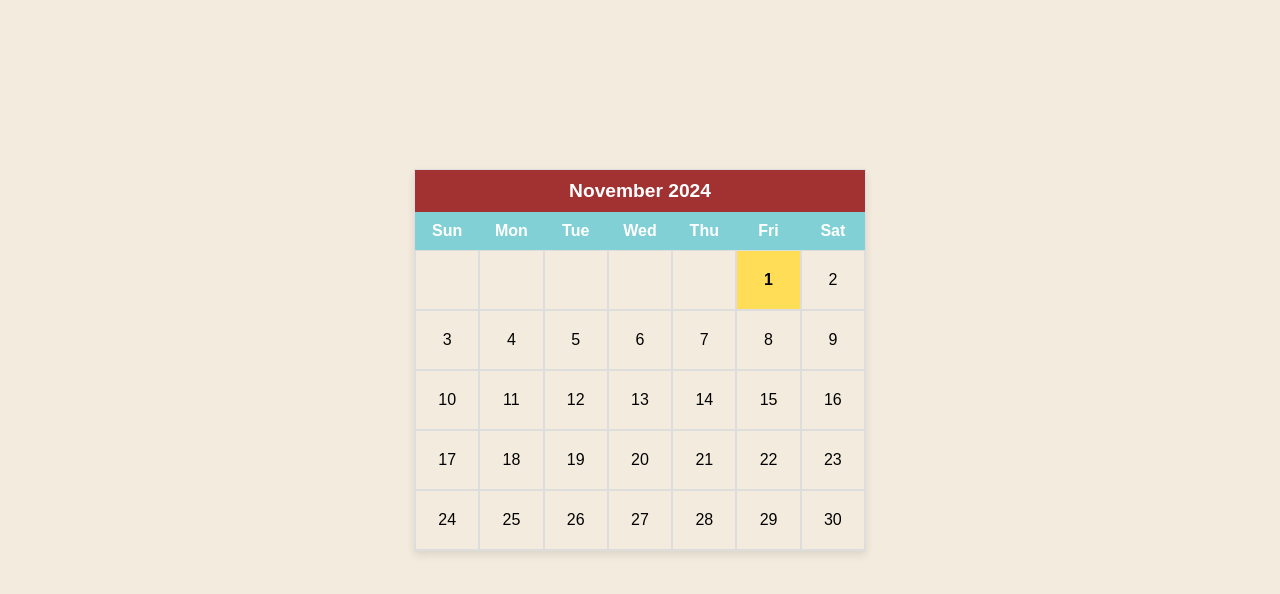
Repository: carrascokarencb37-afk/Nuura
Page: html/calendario.html
An editor plug-in stored every save of this project. The page is shown before and after a run of saves, followed by the edit.
The browser window is 1280 px wide. The pictures show the whole page.

Above is the page before, as saved 2026-05-28 23:31:19.

### html/calendario.html
<!DOCTYPE html>
<html lang="en">
<head>
    <meta charset="UTF-8">
    <meta name="viewport" content="width=device-width, initial-scale=1.0">
    <title>Simple HTML Calendar - November 2024</title>
    <link rel="stylesheet" href="../css/cale.css">
</head>
<body>
    <!-- Calendar Container -->
    <div class="calendar">
        <!-- Month and Year Header -->
        <div class="calendar-header">November 2024</div>

        <!-- Days of the Week -->
        <div class="calendar-days">
            <div>Sun</div>
            <div>Mon</div>
            <div>Tue</div>
            <div>Wed</div>
            <div>Thu</div>
            <div>Fri</div>
            <div>Sat</div>
        </div>

        <!-- Calendar Dates -->
        <div class="calendar-dates">
            <!-- Blank spaces for days before the month starts on Friday -->
            <div></div>
            <div></div>
            <div></div>
            <div></div>
            <div></div>
            <div class="today">1</div>
            <div>2</div>
            <div>3</div>
            <div>4</div>
            <div>5</div>
            <div>6</div>
            <div>7</div>
            <div>8</div>
            <div>9</div>
            <div>10</div>
            <div>11</div>
            <div>12</div>
            <div>13</div>
            <div>14</div>
            <div>15</div>
            <div>16</div>
            <div>17</div>
            <div>18</div>
            <div>19</div>
            <div>20</div>
            <div>21</div>
            <div>22</div>
            <div>23</div>
            <div>24</div>
            <div>25</div>
            <div>26</div>
            <div>27</div>
            <div>28</div>
            <div>29</div>
            <div>30</div>
</body>
</html>

### css/cale.css

        /* Basic page styling */
        body {
            font-family: Arial, sans-serif;
            display: flex;
            justify-content: center;
            align-items: center;
            min-height: 100vh;
            background-color: #f3ecde;
            margin: 0;
        }

        /* Calendar container */
        .calendar {
            width: 450px;
            border: 1px solid #ddd;
            box-shadow: 0 4px 8px rgba(0, 0, 0, 0.1);
        }

        /* Calendar header styling */
        .calendar-header {
            text-align: center;
            background-color: #9e2828f1;
            color: white;
            padding: 10px;
            font-size: 1.2em;
            font-weight: bold;
        }

        /* Days of the week styling */
        .calendar-days {
            display: grid;
            grid-template-columns: repeat(7, 1fr);
            background-color:#7bcfd6f1;
            color: white;
        }

        .calendar-days div {
            padding: 10px;
            text-align: center;
            font-weight: bold;
        }

        /* Date cells styling */
        .calendar-dates {
            display: grid;
            grid-template-columns: repeat(7, 1fr);
        }

        .calendar-dates div {
            padding: 20px;
            text-align: center;
            border: 1px solid #ddd;
        }

        /* Highlight today */
        .today {
            background-color: #ffdd57;
            font-weight: bold;
        }

After the next 2 saves:
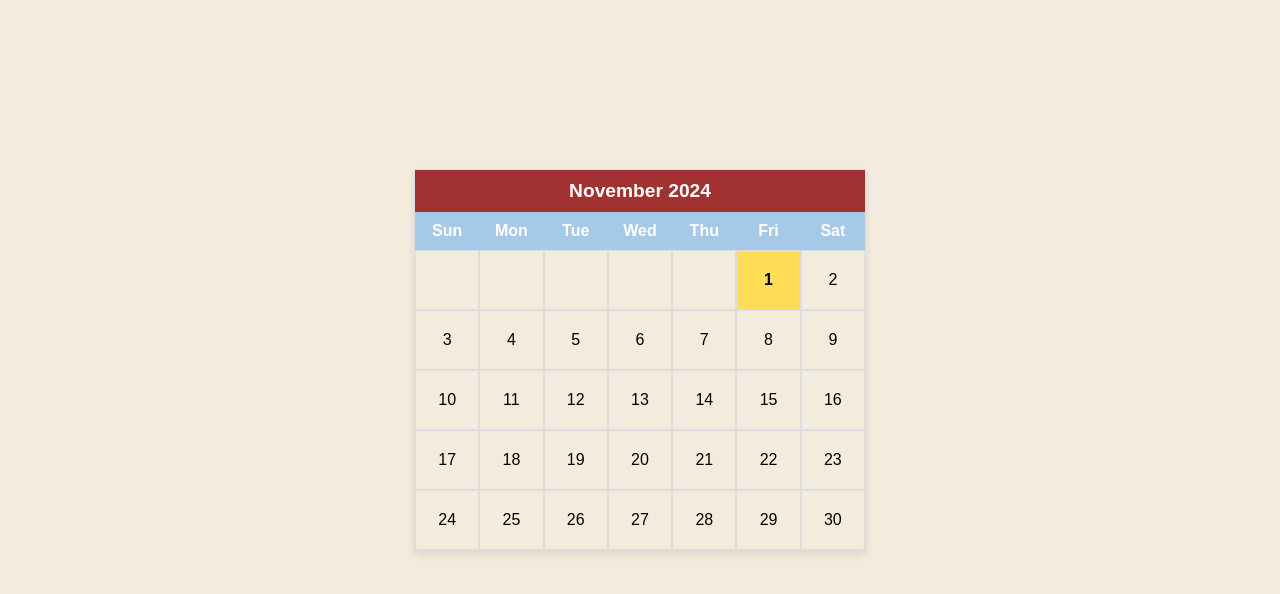
The 2 saves are shown as one change because they came seconds apart.
The last was saved 7 s later.
--- a/css/cale.css
+++ b/css/cale.css
@@ -31,7 +31,7 @@
         .calendar-days {
             display: grid;
             grid-template-columns: repeat(7, 1fr);
-            background-color:#7bcfd6f1;
+            background-color:#a3c7e9f1;
             color: white;
         }
 
